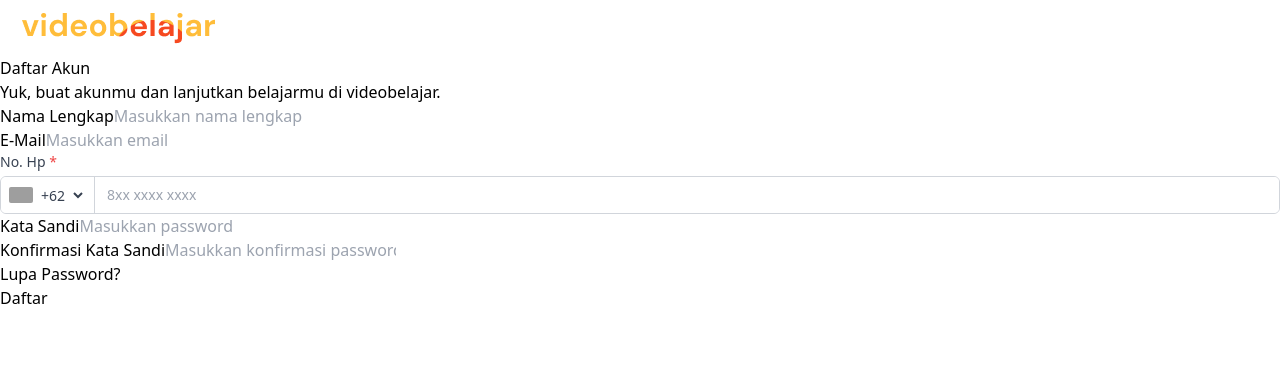
Repository: dimascahyanugraha/Course-Mission-4
Page: /signup
The author's editor kept a copy of each file at every save. The page is drawn from the files as they stood at one save, then again after the next save.
The browser window is 1280 px wide. The pictures show the whole page.
Pictures or frames that could not be fetched are drawn as grey boxes. The project was rebuilt for these pictures with package versions that can differ from the ones it lists, and the page was loaded fresh each time. Also part of the build but not shown: vite.config.js, src/components/LoginPage.jsx.

Above is the page before, as saved 2026-05-29 10:33:20.

### index.html
<!doctype html>
<html lang="en">
  <head>
    <meta charset="UTF-8" />
    <link rel="icon" type="image/svg+xml" href="/favicon.svg" />
    <meta name="viewport" content="width=device-width, initial-scale=1.0" />
    <title>video-belajar</title>
  </head>
  <body>
    <div id="root"></div>
    <script type="module" src="/src/main.jsx"></script>
  </body>
</html>

### src/index.css
@tailwind base;
@tailwind components;
@tailwind utilities;

/* optional reset */
body {
  font-family: system-ui, sans-serif;
}

### src/App.jsx
import { BrowserRouter, Routes, Route, Navigate } from "react-router-dom"; // ← tambah Navigate
import LoginPage from "./components/LoginPage";
import Signup from "./components/Signup";

export default function App() {
  return (
    <BrowserRouter>
      <Routes>
        <Route path="/" element={<Navigate to="/login" />} />{" "}
        {/* ← tambah ini */}
        <Route path="/login" element={<LoginPage />} />
        <Route path="/signup" element={<Signup />} />
      </Routes>
    </BrowserRouter>
  );
}

### src/components/Signup.jsx
import logoVideoBelajar from "../assets/logo_video_belajar.png";
import indonesia from "../assets/indonesia.png";

export default function Signup() {
  return (
    <>
      <header>
        <img src={logoVideoBelajar} alt="logo" />
      </header>

      <main>
        <div>
          <h2>Daftar Akun</h2>
          <p>Yuk, buat akunmu dan lanjutkan belajarmu di videobelajar.</p>
          <form>
            <div>
              <label>Nama Lengkap</label>
              <input type="text" placeholder="Masukkan nama lengkap" />
            </div>
            <div>
              <label>E-Mail</label>
              <input type="email" placeholder="Masukkan email" />
            </div>
            {/* NO. HP */}
            <div>
              <label className="block text-sm font-medium text-gray-700">
                No. Hp <span className="text-red-500">*</span>
              </label>
              <div className="mt-1 flex rounded-md border border-gray-300 overflow-hidden focus-within:ring-2 focus-within:ring-green-500">
                <div className="flex items-center gap-1 px-2 bg-white border-r border-gray-300">
                  <img
                    src={indonesia}
                    alt="flag ID"
                    className="w-6 h-4 rounded-sm object-cover"
                  />
                  <select className="text-sm text-gray-700 focus:outline-none bg-transparent cursor-pointer pr-1">
                    <option value="+62">+62</option>
                    <option value="+18">+18</option>
                  </select>
                </div>
                <input
                  type="tel"
                  placeholder="8xx xxxx xxxx"
                  className="flex-1 px-3 py-2 text-sm text-gray-700 focus:outline-none"
                />
              </div>
            </div>{" "}
            {/* ← div No.Hp ditutup di sini */}
            <div>
              <label>Kata Sandi</label>
              <input type="password" placeholder="Masukkan password" />
            </div>
            <div>
              <label>Konfirmasi Kata Sandi</label>
              <input
                type="password"
                placeholder="Masukkan konfirmasi password"
              />
            </div>
            <div>
              <a href="#">Lupa Password?</a>
            </div>
          </form>{" "}
          {/* ← form ditutup setelah semua input */}
        </div>
        <button>Daftar</button>
      </main>
    </>
  );
}

### tailwind.config.js
/** @type {import('tailwindcss').Config} */
export default {
  content: ["./indexedDB.html", "./src/**/*.{js,ts,jsx,tsx}"],
  theme: {
    extend: {},
  },
  plugins: [],
};

Loaded but not shown: src/main.jsx (common file)

After the next save:
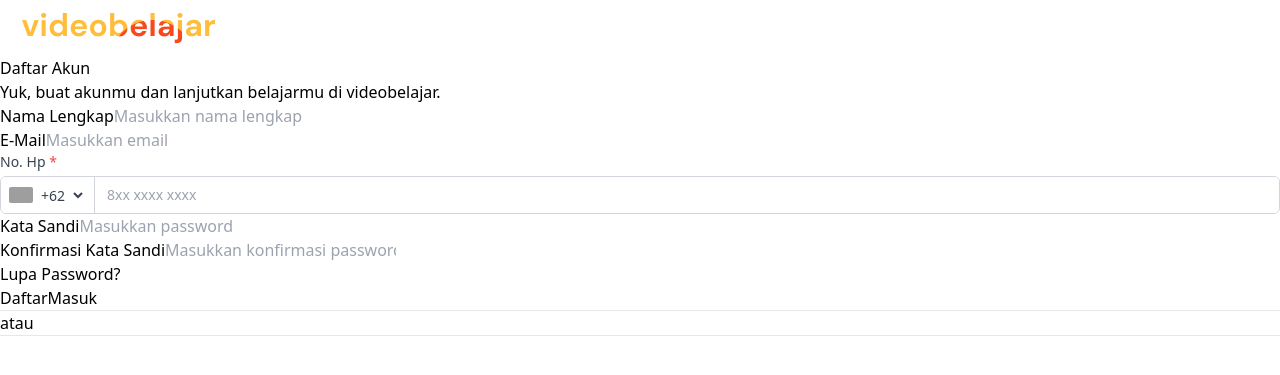
Saved 74 s later.
--- a/src/components/Signup.jsx
+++ b/src/components/Signup.jsx
@@ -64,6 +64,12 @@ export default function Signup() {
           {/* ← form ditutup setelah semua input */}
         </div>
         <button>Daftar</button>
+        <button>Masuk</button>
+        <div>
+          <hr />
+          atau
+          <hr />
+        </div>
       </main>
     </>
   );
